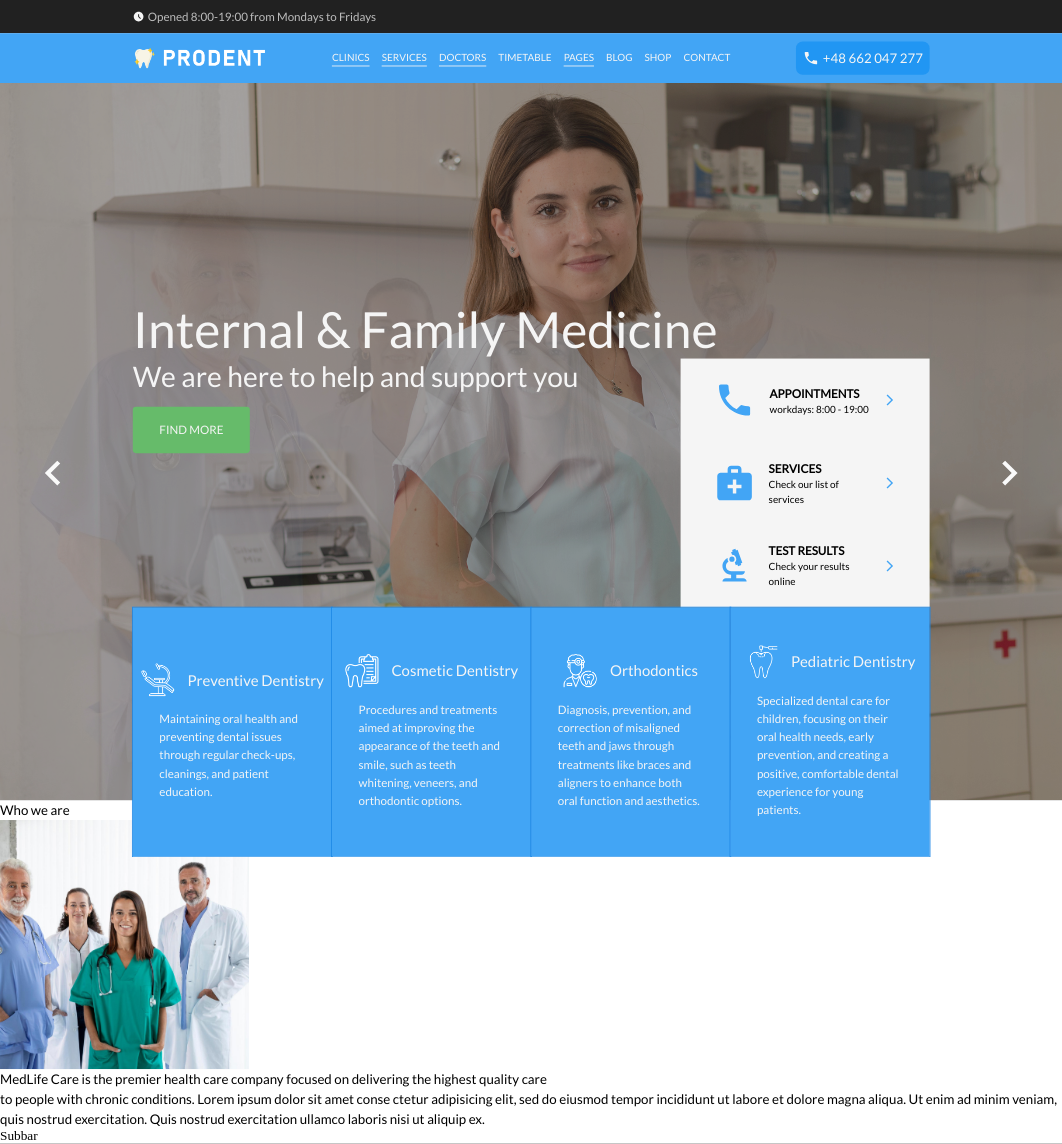
Repository: princ3-web/8
Page: /
These files come from the project's save history. The page is drawn as it stood at one moment and after a run of saves; the edit follows.
The browser window is 1280 px wide. The pictures show the whole page, at 83% of full size.
The project was rebuilt for these pictures with package versions that can differ from the ones it lists, and the page was loaded fresh each time. Also part of the build but not shown: vite.config.js, src/subpages/About.jsx, src/index.css.

Above is the page before, as saved 2023-11-02 15:13:35.

After the next 19 saves:
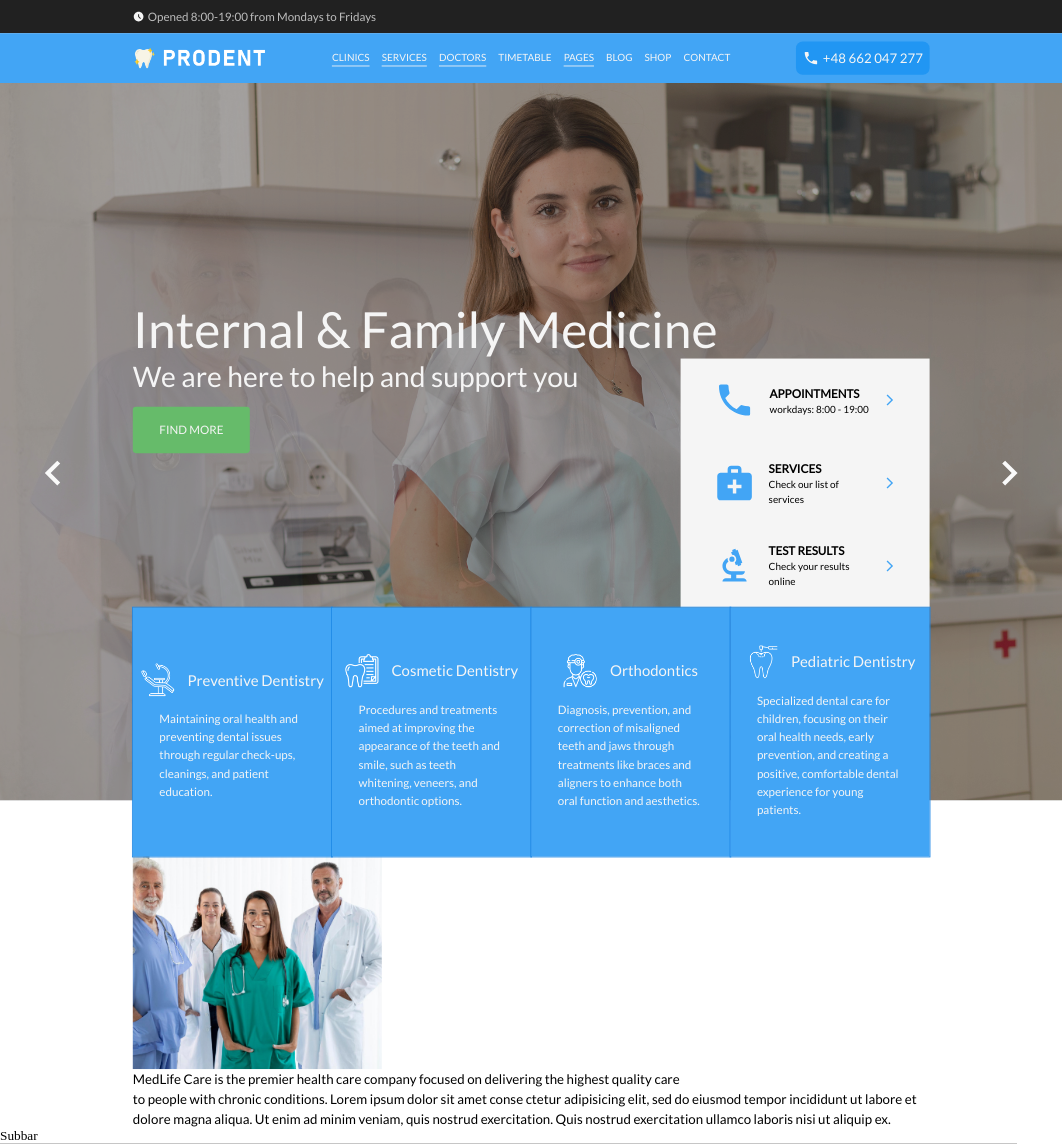
The 19 saves are shown as one change because they came seconds apart.
The last was saved 38 s later.
--- a/src/subpages/Home.jsx
+++ b/src/subpages/Home.jsx
@@ -232,20 +232,24 @@ const Home = () => {
         </Button>
       </Box>
       <Menu />
-      <Box>
+      <Box sx={{boxSizing:"border-box", px:"160px"}}>
         <Typography>Who we are</Typography>
         <Box>
-
-          <CardMedia component="img" src={image1} alt="" sx={{width:"300px", height:"300px"}}/>
+          <CardMedia component="img" src={image1} alt="" sx={{ width: "300px", height: "300px" }} />
           <Box>
-          <Typography>
+            <Typography>
               MedLife Care is the premier health care company focused on delivering the highest
               quality care
             </Typography>
           </Box>
-            <Typography>to people with chronic conditions. Lorem ipsum dolor sit amet conse ctetur adipisicing elit, sed do eiusmod tempor incididunt ut labore et dolore magna aliqua. Ut enim ad minim veniam, quis nostrud exercitation. Quis nostrud exercitation ullamco laboris nisi ut aliquip ex.</Typography>
-          </Box>
+          <Typography>
+            to people with chronic conditions. Lorem ipsum dolor sit amet conse ctetur adipisicing
+            elit, sed do eiusmod tempor incididunt ut labore et dolore magna aliqua. Ut enim ad
+            minim veniam, quis nostrud exercitation. Quis nostrud exercitation ullamco laboris nisi
+            ut aliquip ex.
+          </Typography>
         </Box>
+      </Box>
     </Box>
   );
 };
